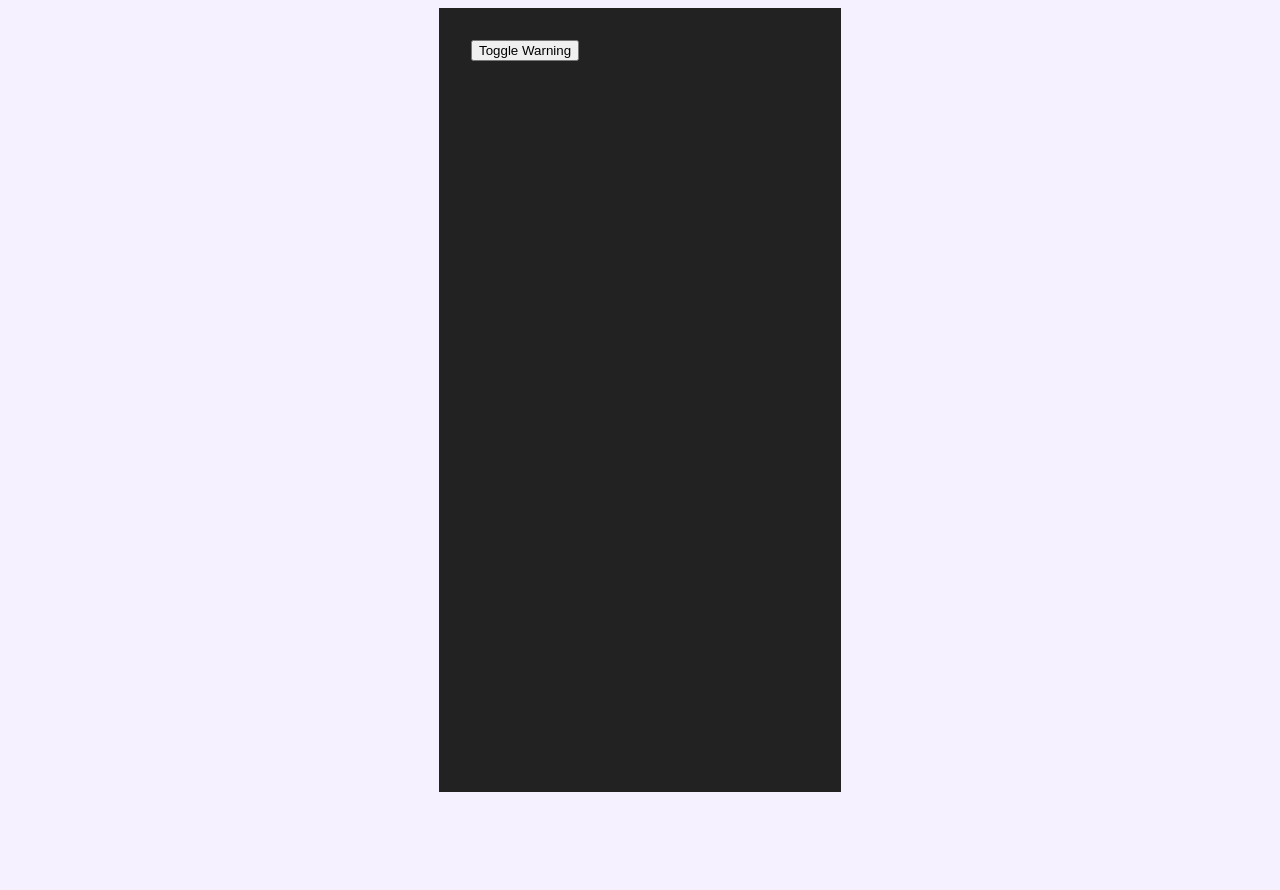
Repository: richelletiongson/MDIA2109_Linko
Page: /chat (app in linko_whatdafour/)
These files come from the project's save history. The page is drawn as it stood at one moment and after the next save; the edit follows.
The browser window is 1280 px wide. The pictures show the whole page.
The project was rebuilt for these pictures with package versions that can differ from the ones it lists, and the page was loaded fresh each time. The framework's server and built-in components were replaced by stand-ins that run in the browser. Also part of the build but not shown: linko_whatdafour/next.config.mjs, linko_whatdafour/app/.components/Modal/modal.module.css, linko_whatdafour/app/.components/Modal/modal.js, linko_whatdafour/app/.components/buttons.module.css, linko_whatdafour/app/.components/buttons.js.

Above is the page before, as saved 2025-05-11 21:45:32.

After the next save:
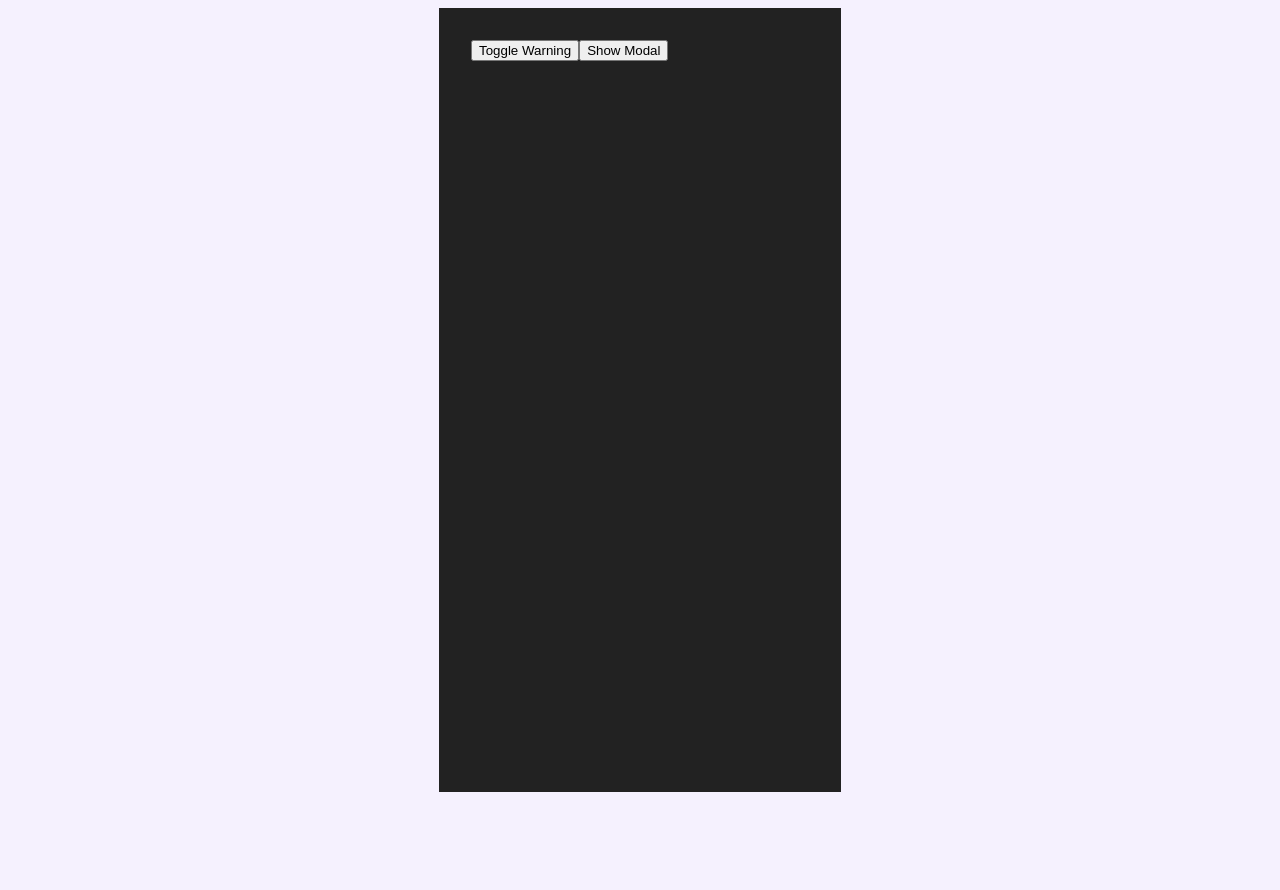
Saved 108 s later.
--- a/linko_whatdafour/app/chat/page.js
+++ b/linko_whatdafour/app/chat/page.js
@@ -14,6 +14,8 @@ export default function Page() {
             <button onClick={() => setShowWarning(!showWarning)}>
                 Toggle Warning
             </button>
+
+            <button onClick={() => setShowModal(true)}>Show Modal</button>
 
             {showWarning && (
                 <div style={{ marginTop: "2rem" }}>
